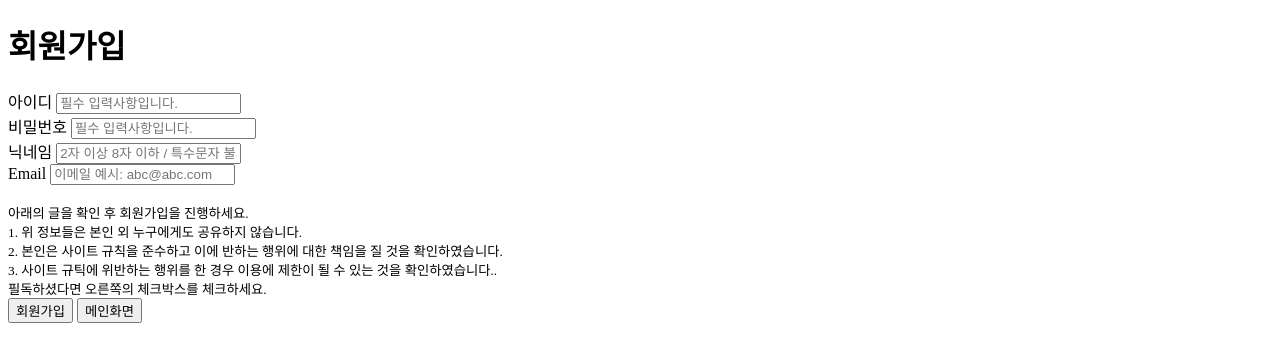
Repository: Gansaw/Airport_Portal
Page: http://localhost/signup
An editor plug-in stored every save of this project. The page is shown before and after the next save, followed by the edit.
The browser window is 1280 px wide. The pictures show the whole page.
The page is this project's Thymeleaf template; nobody is signed in. The template is opened directly, without the code that normally fills it, so the values that code supplies are empty.

Above is the page before, as saved 2023-07-27 07:03:27.

After the next save:
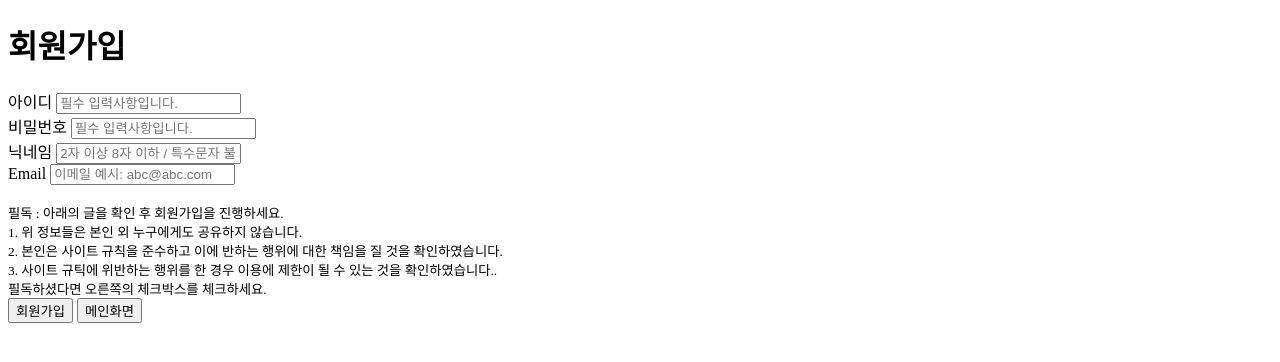
Saved 12 s later.
--- a/WebServiceDevelop/WebProject/src/main/resources/templates/signup.html
+++ b/WebServiceDevelop/WebProject/src/main/resources/templates/signup.html
@@ -26,7 +26,7 @@
 			<label for="email">Email</label>
 			<input type="email" id="email" name="email" placeholder="이메일 예시: abc@abc.com" required> <br/> <br/>
 
-			<small>아래의 글을 확인 후 회원가입을 진행하세요.</small><br/>
+			<small>필독 : 아래의 글을 확인 후 회원가입을 진행하세요.</small><br/>
 			<small>1. 위 정보들은 본인 외 누구에게도 공유하지 않습니다.</small><br/>
 			<small>2. 본인은 사이트 규칙을 준수하고 이에 반하는 행위에 대한 책임을 질 것을 확인하였습니다.</small><br/>
 			<small>3. 사이트 규틱에 위반하는 행위를 한 경우 이용에 제한이 될 수 있는 것을 확인하였습니다..</small><br/>
